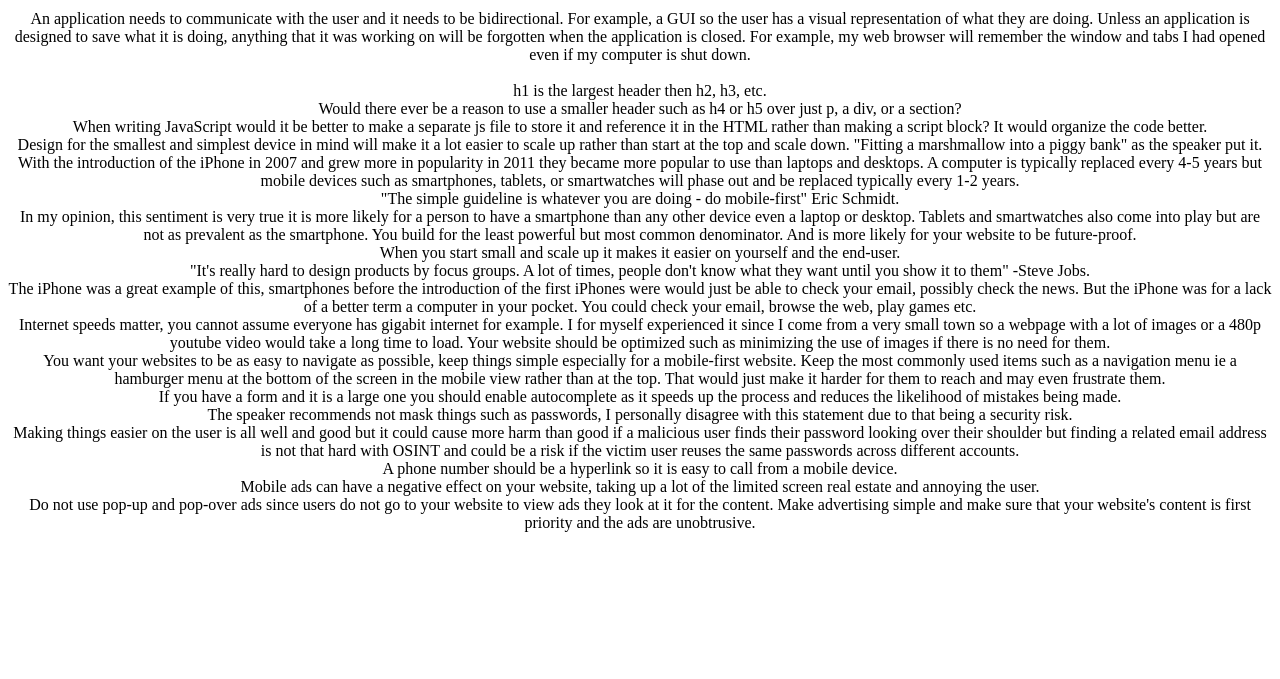
Repository: jknudsen97/WDD-330-Portfolio
Page: week1/notes.html
These files come from the project's save history. The page is drawn as it stood at one moment and after the next save; the edit follows.
The browser window is 1280 px wide. The pictures show the whole page.

Above is the page before, as saved 2021-10-20 20:09:39.

### week1/notes.html
<!DOCTYPE html>
<html lang="en">
<head>
    <meta charset="UTF-8">
    <meta http-equiv="X-UA-Compatible" content="IE=edge">
    <meta name="viewport" content="width=device-width, initial-scale=1.0">
    <link rel="stylesheet" href="../css/style.css">
    <title>Week 01 Notes</title>
</head>
<body>
    <p>
        An application needs to communicate with the user and it needs to be bidirectional. For example, a GUI so the user has a visual representation of what they are doing. Unless an application is designed to save what it is doing, anything that it was working on will be forgotten when the application is closed. For example, my web browser will remember the window and tabs I had opened even if my computer is shut down.<br>
        <br>
        h1 is the largest header then h2, h3, etc.<br>
        Would there ever be a reason to use a smaller header such as h4 or h5 over just p, a div, or a section?
        <br>
        When writing JavaScript would it be better to make a separate js file to store it and reference it in the HTML rather than making a script block? It would organize the code better.
        <br>
        Design for the smallest and simplest device in mind will make it a lot easier to scale up rather than start at the top and scale down. "Fitting a marshmallow into a piggy bank" as the speaker put it.
        <br>
        With the introduction of the iPhone in 2007 and grew more in popularity in 2011 they became more popular to use than laptops and desktops. A computer is typically replaced every 4-5 years but mobile devices such as smartphones, tablets, or smartwatches will phase out and be replaced typically every 1-2 years.
        <br>
        "The simple guideline is whatever you are doing - do mobile-first" Eric Schmidt.
        <br>
        In my opinion, this sentiment is very true it is more likely for a person to have a smartphone than any other device even a laptop or desktop. Tablets and smartwatches also come into play but are not as prevalent as the smartphone. You build for the least powerful but most common denominator. And is more likely for your website to be future-proof.
        <br>
        When you start small and scale up it makes it easier on yourself and the end-user.
        <br>
        "It's really hard to design products by focus groups. A lot of times, people don't know what they want until you show it to them" -Steve Jobs.
        <br>
        The iPhone was a great example of this, smartphones before the introduction of the first iPhones were would just be able to check your email,  possibly check the news. But the iPhone was for a lack of a better term a computer in your pocket. You could check your email, browse the web, play games etc.
        <br>
        Internet speeds matter, you cannot assume everyone has gigabit internet for example. I for myself experienced it since I come from a very small town so a webpage with a lot of images or a 480p youtube video would take a long time to load. Your website should be optimized such as minimizing the use of images if there is no need for them.
        <br>
        You want your websites to be as easy to navigate as possible, keep things simple especially for a mobile-first website. Keep the most commonly used items such as a navigation menu ie a hamburger menu at the bottom of the screen in the mobile view rather than at the top. That would just make it harder for them to reach and may even frustrate them.
        <br>
        If you have a form and it is a large one you should enable autocomplete as it speeds up the process and reduces the likelihood of mistakes being made.<br>
        The speaker recommends not mask things such as passwords, I personally disagree with this statement due to that being a security risk.
        <br>
        Making things easier on the user is all well and good but it could cause more harm than good if a malicious user finds their password looking over their shoulder but finding a related email address is not that hard with OSINT and could be a risk if the victim user reuses the same passwords across different accounts.
        <br>
        A phone number should be a hyperlink so it is easy to call from a mobile device.
        <br>
        Mobile ads can have a negative effect on your website, taking up a lot of the limited screen real estate and annoying the user.
        <br>
        Do not use pop-up and pop-over ads since users do not go to your website to view ads they look at it for the content. Make advertising simple and make sure that your website's content is first priority and the ads are unobtrusive.
    </p>
</body>
</html>

### css/style.css
main{
    text-align: center;
}

header{
    color: white;
    background-color: navy;
}

ul{
    list-style-type: none;
}

li{
    width: fit-content;
    border: 2px;
    margin: 5px;
    color: black;
    margin-left: auto;
    margin-right: auto;
    background-color: lightblue;
}

li:hover{
    color: black;
    background-color: white;
}

footer{
    background-color: navy;
    color: white;
}

p{
    display: block;
    border: 10px;
    margin: 10px;
    text-align: center;
    margin-left: auto;
    margin-right: auto;
}

After the next save:
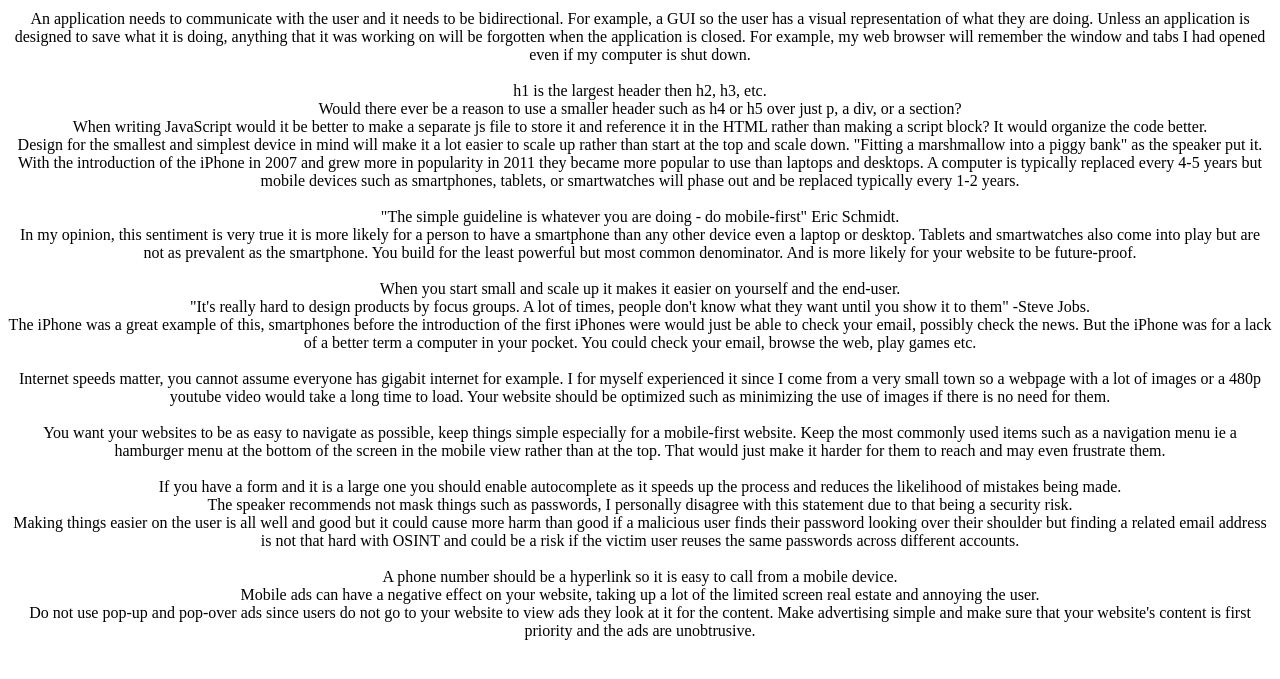
Saved 49 s later.
--- a/week1/notes.html
+++ b/week1/notes.html
@@ -18,26 +18,26 @@
         <br>
         Design for the smallest and simplest device in mind will make it a lot easier to scale up rather than start at the top and scale down. "Fitting a marshmallow into a piggy bank" as the speaker put it.
         <br>
-        With the introduction of the iPhone in 2007 and grew more in popularity in 2011 they became more popular to use than laptops and desktops. A computer is typically replaced every 4-5 years but mobile devices such as smartphones, tablets, or smartwatches will phase out and be replaced typically every 1-2 years.
+        With the introduction of the iPhone in 2007 and grew more in popularity in 2011 they became more popular to use than laptops and desktops. A computer is typically replaced every 4-5 years but mobile devices such as smartphones, tablets, or smartwatches will phase out and be replaced typically every 1-2 years.<br>
         <br>
         "The simple guideline is whatever you are doing - do mobile-first" Eric Schmidt.
         <br>
-        In my opinion, this sentiment is very true it is more likely for a person to have a smartphone than any other device even a laptop or desktop. Tablets and smartwatches also come into play but are not as prevalent as the smartphone. You build for the least powerful but most common denominator. And is more likely for your website to be future-proof.
+        In my opinion, this sentiment is very true it is more likely for a person to have a smartphone than any other device even a laptop or desktop. Tablets and smartwatches also come into play but are not as prevalent as the smartphone. You build for the least powerful but most common denominator. And is more likely for your website to be future-proof.<br>
         <br>
         When you start small and scale up it makes it easier on yourself and the end-user.
         <br>
         "It's really hard to design products by focus groups. A lot of times, people don't know what they want until you show it to them" -Steve Jobs.
         <br>
-        The iPhone was a great example of this, smartphones before the introduction of the first iPhones were would just be able to check your email,  possibly check the news. But the iPhone was for a lack of a better term a computer in your pocket. You could check your email, browse the web, play games etc.
+        The iPhone was a great example of this, smartphones before the introduction of the first iPhones were would just be able to check your email,  possibly check the news. But the iPhone was for a lack of a better term a computer in your pocket. You could check your email, browse the web, play games etc.<br>
         <br>
-        Internet speeds matter, you cannot assume everyone has gigabit internet for example. I for myself experienced it since I come from a very small town so a webpage with a lot of images or a 480p youtube video would take a long time to load. Your website should be optimized such as minimizing the use of images if there is no need for them.
+        Internet speeds matter, you cannot assume everyone has gigabit internet for example. I for myself experienced it since I come from a very small town so a webpage with a lot of images or a 480p youtube video would take a long time to load. Your website should be optimized such as minimizing the use of images if there is no need for them.<br>
         <br>
-        You want your websites to be as easy to navigate as possible, keep things simple especially for a mobile-first website. Keep the most commonly used items such as a navigation menu ie a hamburger menu at the bottom of the screen in the mobile view rather than at the top. That would just make it harder for them to reach and may even frustrate them.
+        You want your websites to be as easy to navigate as possible, keep things simple especially for a mobile-first website. Keep the most commonly used items such as a navigation menu ie a hamburger menu at the bottom of the screen in the mobile view rather than at the top. That would just make it harder for them to reach and may even frustrate them.<br>
         <br>
         If you have a form and it is a large one you should enable autocomplete as it speeds up the process and reduces the likelihood of mistakes being made.<br>
         The speaker recommends not mask things such as passwords, I personally disagree with this statement due to that being a security risk.
         <br>
-        Making things easier on the user is all well and good but it could cause more harm than good if a malicious user finds their password looking over their shoulder but finding a related email address is not that hard with OSINT and could be a risk if the victim user reuses the same passwords across different accounts.
+        Making things easier on the user is all well and good but it could cause more harm than good if a malicious user finds their password looking over their shoulder but finding a related email address is not that hard with OSINT and could be a risk if the victim user reuses the same passwords across different accounts.<br>
         <br>
         A phone number should be a hyperlink so it is easy to call from a mobile device.
         <br>
